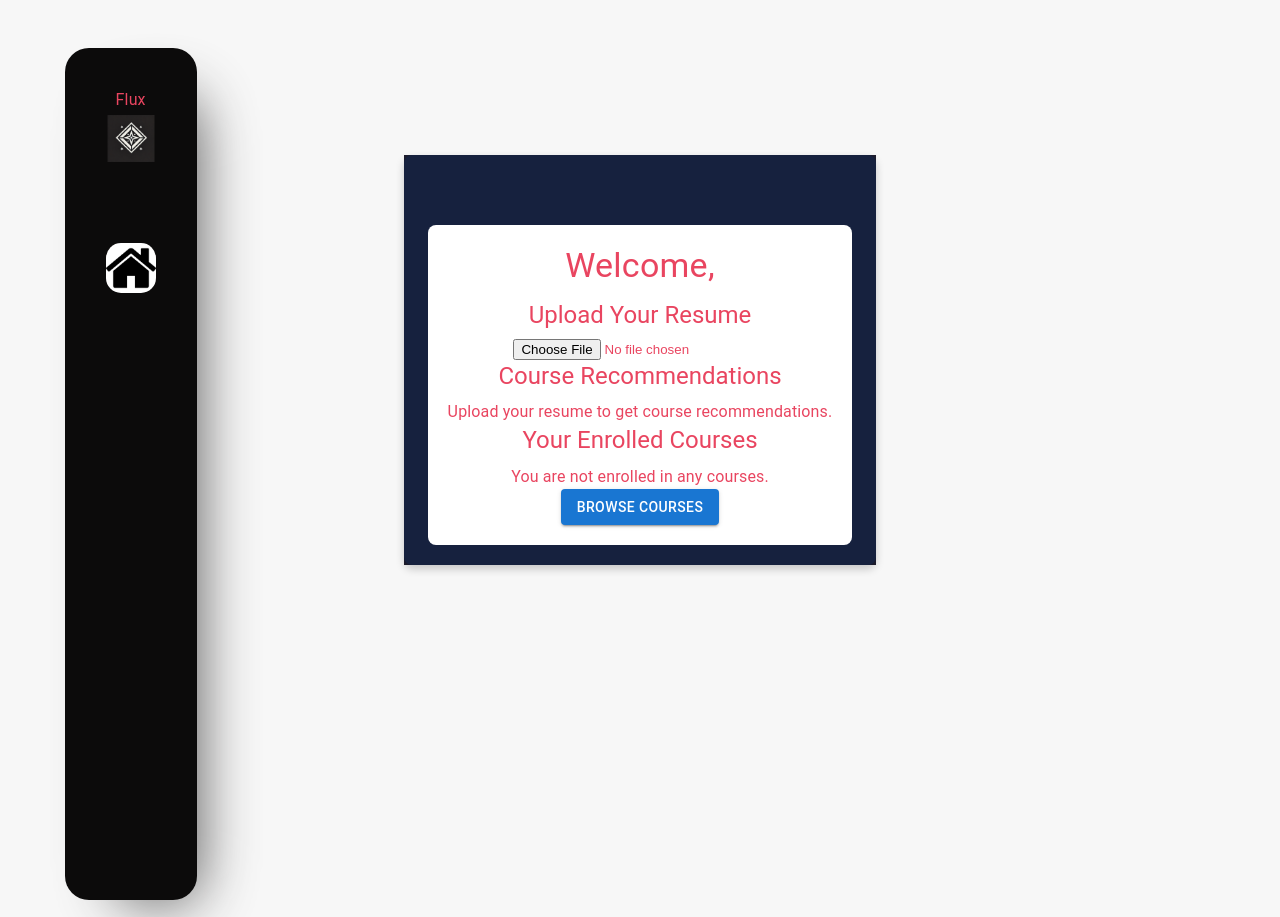
Repository: jvt2/OnlineCourseApp
Page: /dashboard
These files come from the project's save history. The page is drawn as it stood at one moment and after the next save; the edit follows.
The browser window is 1280 px wide. The pictures show the whole page.
The page's requests for data from a server got no answer. The project was rebuilt for these pictures with package versions that can differ from the ones it lists, and the page was loaded fresh each time. No one was signed in, and anything a server would have sent is missing. Also part of the build but not shown: src/features/auth/Register.js, src/features/auth/Login.js, src/features/courses/ResumeUpload.js, src/features/courses/CourseRecommendations.js, src/components/common/MyModal.js, src/features/courses/CourseCatalog.js, src/features/courses/CourseDetail.js, src/components/common/Navbar.js and 3 more. Imported but missing from the stored project, and not drawn on this page: src/app/reportWebVitals.

Above is the page before, as saved 2024-07-14 21:56:51.

### src/index.js
import React from 'react';
import ReactDOM from 'react-dom/client';
import { Provider } from 'react-redux';
import store from './redux/store';
import './index.css';
import App from './app/App';
import reportWebVitals from './app/reportWebVitals';

const root = ReactDOM.createRoot(document.getElementById('root'));
root.render(
  <React.StrictMode>
    <App />
  </React.StrictMode>
);

// If you want to start measuring performance in your app, pass a function
// to log results (for example: reportWebVitals(console.log))
// or send to an analytics endpoint. Learn more: https://bit.ly/CRA-vitals
reportWebVitals();

### src/redux/store.js
// src/redux/store.js

import { configureStore } from '@reduxjs/toolkit';
import userReducer from './userReducer';

const store = configureStore({
  reducer: {
    user: userReducer,
  },
});

export default store;

### src/app/App.js
import { BrowserRouter as Router, Route, Routes } from 'react-router-dom';
import React, { useState } from 'react';
import logo from '../logo.svg';
import './App.css';
import Register from '../features/auth/Register';
import Login from '../features/auth/Login';
import CourseCatalog from '../features/courses/CourseCatalog';
import CourseDetail from '../features/courses/CourseDetail';
import UserDashboard from '../features/dashboard/Dashboard';
import Navbar from '../components/common/Navbar';
import { Provider } from 'react-redux';
import store from '../redux/store'; // import your Redux store here
import Logout from '../features/auth/Logout'; // Import the Logout component
import Chatbot from '../features/chatbot/Chatbot';
import CourseRecommendations from '../features/courses/CourseRecommendations';
import axios from 'axios';
import ResumeUpload from '../features/courses/ResumeUpload';
import LandingPage from '../components/common/LandingPage';

function App() {
  const [loggedIn, setLoggedIn] = useState(false);
  const [users, setUsers] = useState([]);
  const [currentUser, setCurrentUser] = useState(null);
  const [recommendations, setRecommendations] = useState([]);

  const handleResumeUpload = (newRecommendations) => {
    console.log('New Recommendations:', newRecommendations);
    setRecommendations(newRecommendations);
  };

  const [courses, setCourses] = useState([
    {id: 1, name: 'Course 1', description: 'This is course 1'},
    {id: 2, name: 'Course 2', description: 'This is course 2'}
  ]);

  const handleRegister = async (username, password) => {
    try {
      const response = await axios.post('http://localhost:3001/register', { username, password });
      alert(response.data.message);
      // Log in the new user if registration is successful
      handleLogin(username, password);
    } catch (error) {
      alert(error.response.data.message);
    }
  };

  const handleLogin = async (username, password) => {
    try {
      const response = await axios.post('http://localhost:3001/login', { username, password });
      localStorage.setItem('token', response.data.token);
      setLoggedIn(true);
      setCurrentUser({ username });
    } catch (error) {
      alert('Login failed. Please check your username and password.');
    }
  };

  const handleEnroll = async (course) => {
    try {
      const token = localStorage.getItem('token');
      await axios.post('http://localhost:3001/enroll', { courseId: course.id }, {
        headers: { 'Authorization': `Bearer ${token}` }
      });
      setEnrolledCourses([...enrolledCourses, course]);
    } catch (error) {
      console.error('Enrollment failed', error);
    }
  };

  const [enrolledCourses, setEnrolledCourses] = useState([]);
  const [isModalOpen, setIsModalOpen] = useState(false);

  const handleSelectRecommendation = (recommendation) => {
    const newCourse = {
      id: courses.length + 1,
      name: recommendation.text,
      description: 'This is a recommended course based on your resume.'
    };

    setCourses([...courses, newCourse]);
    setEnrolledCourses([...enrolledCourses, newCourse]);
    setIsModalOpen(false);
  };

  return (
    <Provider store={store}>
      <Router>
        <div className="App">
          <Routes>
            <Route path="/" element={<LandingPage />} />
            <Route path="/register" element={<Register />} />
            <Route path="/login" element={<Login />} />
            <Route path="/dashboard" element={<UserDashboard />} /> {/* Added this line */}
          </Routes>
        </div>
      </Router>
    </Provider>
  );
}

export default App;

### src/redux/userReducer.js
// src/redux/userReducer.js
// src/redux/userReducer.js
import { createSlice } from '@reduxjs/toolkit';

const initialState = {
  id: null,
  email: null,
  token: null,
};

const userSlice = createSlice({
  name: 'user',
  initialState,
  reducers: {
    logIn(state, action) {
      state.id = action.payload.id;
      state.email = action.payload.email;
      state.token = action.payload.token;
    },
    logOut(state) {
      state.id = null;
      state.email = null;
      state.token = null;
    },
  },
});

export const { logIn, logOut } = userSlice.actions;
export default userSlice.reducer;

### src/app/App.css
/* App.css */
:root {
  --primary-bg-color: #1E1E2F;
  --secondary-bg-color: #282840;
  --primary-text-color: #F5F5F5;
  --link-color: #61dafb;
  --accent-color: #FF6B6B;
  --navbar-height: 4rem;
  --content-padding: 20px;
  --border-radius: 8px;
  --transition-duration: 0.3s;
  --gradient-bg-color: linear-gradient(120deg, #84fab0 0%, #8fd3f4 100%);
}

.App {
  text-align: center;
  font-family: 'Arial', sans-serif;
  background-color: var(--primary-bg-color);
}

.App-logo {
  height: 40vmin;
  pointer-events: none;
  filter: drop-shadow(0 0 10px var(--accent-color));
}

.App-header {
  background-color: var(--secondary-bg-color);
  min-height: 100vh;
  display: flex;
  flex-direction: column;
  align-items: center;
  justify-content: center;
  font-size: calc(10px + 2vmin);
  color: var(--primary-text-color);
  border-bottom-left-radius: var(--border-radius);
  border-bottom-right-radius: var(--border-radius);
}

.App-link {
  color: var(--link-color);
  transition: color var(--transition-duration);
}

.App-link:hover {
  color: var(--accent-color);
}

@media (prefers-reduced-motion: no-preference) {
  .App-logo {
    animation: App-logo-spin infinite 20s linear;
  }
}

@keyframes App-logo-spin {
  from {
    transform: rotate(0deg);
  }
  to {
    transform: rotate(360deg);
  }
}

.site-navbar {
  display: flex;
  align-items: center;
  background: var(--gradient-bg-color);
  padding: 10px 20px;
  height: var(--navbar-height);
  font-weight: 500;
  box-shadow: 0 4px 6px rgba(0, 0, 0, 0.1);
}

.navbar-nav {
  display: flex;
  align-items: center;
  list-style: none;
  margin: 0;
  padding: 0;
  flex-grow: 1;
  justify-content: center;
}

.nav-item {
  display: flex;
  align-items: center;
  justify-content: center;
  text-decoration: none;
  color: var(--primary-text-color);
  padding: 15px 25px;
  transition: all 0.3s ease-in-out;
  border-radius: var(--border-radius);
  position: relative;
}

.nav-item:before {
  content: '';
  position: absolute;
  top: 0;
  left: 0;
  width: 0;
  height: 100%;
  background: var(--accent-color);
  border-radius: var(--border-radius);
  transition: width 0.3s ease-in-out;
  z-index: -1;
}

.nav-item:hover:before {
  width: 100%;
}

.nav-item:hover {
  color: var(--secondary-bg-color);
  box-shadow: 0 4px 8px rgba(0, 0, 0, 0.2);
  text-decoration: none;
}

.navbar-brand {
  margin-right: auto;
  color: var(--primary-text-color);
  font-size: 1.5em;
  font-weight: bold;
}

.App-content {
  padding: var(--content-padding);
  color: var(--primary-text-color);
}

.App-footer {
  text-align: center;
  padding: var(--content-padding);
  background-color: var(--secondary-bg-color);
  color: var(--primary-text-color);
  box-shadow: 0 -4px 6px rgba(0, 0, 0, 0.1);
}

.course-recommendations {
  width: 80%;
  margin: auto;
  background: #f9f9f9;
  padding: 20px;
  border-radius: 5px;
  box-shadow: 0px 0px 10px rgba(0, 0, 0, 0.1);
}

.course-recommendations h2 {
  text-align: center;
  color: #333;
}

.course-recommendations .course {
  padding: 10px 0;
  border-bottom: 1px solid #eee;
}

.course-recommendations .course:last-child {
  border-bottom: none;
}

.course-recommendations .course button {
  margin-left: 10px;
}

body {
  background-color: #1a1a2e;
  color: #e94560;
}

.MuiContainer-root {
  background-color: #16213e;
  border-radius: 8px;
  padding: 20px;
  box-shadow: 0 4px 8px rgba(0, 0, 0, 0.2);
}

.customTextField .MuiInputBase-input {
  color: #fff;
  background-color: rgba(255, 255, 255, 0.1);
}

.customTextField .MuiInputLabel-root {
  color: rgba(255, 255, 255, 0.7);
}

.customTextField .MuiInputLabel-root.Mui-focused {
  color: #fff;
}

.customTextField .MuiOutlinedInput-root {
  &.Mui-focused .MuiOutlinedInput-notchedOutline {
    border-color: #fff;
  }
  & .MuiOutlinedInput-notchedOutline {
    border-color: rgba(255, 255, 255, 0.5);
  }
}

### src/features/dashboard/Dashboard.js
// src/features/dashboard/Dashboard.js
import React, { useEffect, useState } from 'react';
import axios from 'axios';
import { useSelector } from 'react-redux';
import { Container, Typography, Button, Box, List, ListItem, ListItemText } from '@mui/material';
import { useNavigate } from 'react-router-dom';
import './Dashboard.css'; // Correct import for CSS

function Dashboard() {
  const [enrolledCourses, setEnrolledCourses] = useState([]);
  const [recommendations, setRecommendations] = useState([]);
  const token = useSelector(state => state.user.token);
  const userId = useSelector(state => state.user.id);
  const userEmail = useSelector(state => state.user.email);
  const navigate = useNavigate();

  useEffect(() => {
    const fetchEnrolledCourses = async () => {
      try {
        const response = await axios.get(`http://localhost:3001/user/${userId}/courses`, {
          headers: { Authorization: `Bearer ${token}` }
        });
        setEnrolledCourses(response.data);
      } catch (error) {
        console.error('Error fetching enrolled courses:', error);
      }
    };

    const fetchRecommendations = async () => {
      try {
        const response = await axios.get(`http://localhost:3001/user/${userId}/recommendations`, {
          headers: { Authorization: `Bearer ${token}` }
        });
        setRecommendations(response.data);
      } catch (error) {
        console.error('Error fetching recommendations:', error);
      }
    };

    fetchEnrolledCourses();
    fetchRecommendations();
  }, [userId, token]);

  const handleResumeUpload = async (event) => {
    const formData = new FormData();
    formData.append('resume', event.target.files[0]);

    try {
      const response = await axios.post('http://localhost:3001/uploadResume', formData, {
        headers: {
          'Content-Type': 'multipart/form-data',
          Authorization: `Bearer ${token}`,
        },
      });
      setRecommendations(response.data.recommendations);
    } catch (error) {
      console.error('Error uploading resume:', error);
    }
  };

  return (
    <Container component="main" maxWidth="md">
      <Box className="sidebar">
        <div className="sidebar-blur"></div>
        <div className="sidebar-main">
          <Typography className="sidebar-logo">Flux</Typography>
          <div className="sidebar-icon icon-home"></div>
          <div className="sidebar-icon icon-graduation"></div>
          <div className="sidebar-icon icon-user"></div>
          <div className="sidebar-icon icon-message"></div>
          <div className="sidebar-icon icon-settings"></div>
          <div className="sidebar-icon icon-logout"></div>
        </div>
      </Box>
      <Box className="dashboard-container">
        <Typography className="dashboard-header" variant="h4" gutterBottom>
          Welcome, {userEmail}
        </Typography>
        <Box className="upload-container">
          <Typography variant="h5" gutterBottom>
            Upload Your Resume
          </Typography>
          <input type="file" onChange={handleResumeUpload} accept=".pdf,.doc,.docx,.txt" />
        </Box>
        <Box className="recommendations-container">
          <Typography variant="h5" gutterBottom>
            Course Recommendations
          </Typography>
          {recommendations.length > 0 ? (
            <List>
              {recommendations.map((rec, index) => (
                <ListItem key={index}>
                  <ListItemText primary={rec.title} secondary={rec.description} />
                </ListItem>
              ))}
            </List>
          ) : (
            <Typography variant="body1">Upload your resume to get course recommendations.</Typography>
          )}
        </Box>
        <Box className="enrolled-courses-container">
          <Typography variant="h5" gutterBottom>
            Your Enrolled Courses
          </Typography>
          {enrolledCourses.length > 0 ? (
            <List>
              {enrolledCourses.map(course => (
                <ListItem key={course.id}>
                  <ListItemText primary={course.name} />
                </ListItem>
              ))}
            </List>
          ) : (
            <Typography variant="body1">You are not enrolled in any courses.</Typography>
          )}
        </Box>
        <Box className="button-container">
          <Button variant="contained" color="primary" onClick={() => navigate('/courses')}>
            Browse Courses
          </Button>
        </Box>
      </Box>
    </Container>


  );
}

export default Dashboard;

### src/features/auth/Logout.js
// Logout.js
import { useEffect } from 'react';
import { useDispatch } from 'react-redux';
import { useNavigate } from 'react-router-dom';
import { logOut } from '../../redux/reducers/userslice'; // Import the logOut action

function Logout() {
  const navigate = useNavigate();
  const dispatch = useDispatch();

  useEffect(() => {
    localStorage.removeItem('token'); // Remove the token from local storage
    dispatch(logOut()); // Dispatch the logOut action
    navigate('/login'); // Navigate to the login page
  }, [dispatch, navigate]);

  return null;
}

export default Logout;

### src/components/common/LandingPage.css
body {
    display: flex;
    justify-content: center;
    align-items: center;
    height: 100vh;
    background-color: #f7f7f7;
    margin: 0;
    font-family: 'Roboto', sans-serif;
  }

  .sign-in-container {
    display: flex;
    justify-content: center;
    align-items: center;
    height: 100%;
    width: 100%;
  }

  .sign-in-form {
    background-color: white;
    padding: 60px;
    border-radius: 10px;
    box-shadow: 0 4px 8px rgba(0, 0, 0, 0.1);
    text-align: center;
    max-width: 600px;
    width: 90%;
  }

  .logo {
    width: 200px;
    height: 200px;
    margin-bottom: 30px;
    background-color: white;
    border-radius: 10px;
  }

  h1 {
    margin: 0;
    font-size: 32px;
    font-weight: 700;
  }

  .subtitle {
    margin: 10px 0;
    color: #555;
    font-size: 18px;
  }

  .google-sign-in {
    background-color: #ffffff;
    color: #000;
    border: 1px solid #ccc;
    padding: 15px;
    width: 100%;
    border-radius: 5px;
    margin-bottom: 30px;
    display: flex;
    justify-content: center;
    align-items: center;
    cursor: pointer;
    font-size: 18px;
    font-weight: 500;
    transition: background-color 0.3s;
  }

  .google-sign-in:hover {
    background-color: #f0f0f0;
  }

  .google-logo {
    width: 25px;
    margin-right: 10px;
  }

  .separator {
    display: flex;
    align-items: center;
    text-align: center;
    margin: 30px 0;
    color: #aaa;
    font-size: 18px;
  }

  .separator::before,
  .separator::after {
    content: '';
    flex: 1;
    border-bottom: 1px solid #ccc;
  }

  .separator:not(:empty)::before {
    margin-right: .5em;
  }

  .separator:not(:empty)::after {
    margin-left: .5em;
  }

  .email-input,
  .password-input {
    width: 100%;
    padding: 15px;
    margin-bottom: 30px;
    border: 1px solid #ccc;
    border-radius: 5px;
    font-size: 18px;
    transition: border-color 0.3s;
  }

  .email-input:focus,
  .password-input:focus {
    border-color: #007bff;
    outline: none;
  }

  .continue-button {
    background-color: #9b51e0;
    color: white;
    border: none;
    padding: 15px;
    width: 100%;
    border-radius: 5px;
    font-size: 18px;
    font-weight: 500;
    cursor: pointer;
    transition: background-color 0.3s;
    margin-bottom: 10px; /* Add margin to separate the buttons */
  }

  .continue-button:hover {
    background-color: #7a3bc0;
  }

  .email-error {
    color: red;
    margin-top: 10px;
    font-size: 14px;
  }


  .back-button {
    background-color: #ccc;
    color: white;
    border: none;
    padding: 15px;
    width: 100%;
    border-radius: 5px;
    font-size: 18px;
    font-weight: 500;
    cursor: pointer;
    transition: background-color 0.3s;
    margin-bottom: 10px; /* Add margin to separate the buttons */
  }

  .back-button:hover {
    background-color: #aaa;
  }

  .sign-up-link {
    margin-top: 30px;
    color: #aaa;
    font-size: 18px;
  }

  .sign-up-link a {
    color: #9b51e0;
    text-decoration: none;
  }

  .sign-up-link a:hover {
    text-decoration: underline;
  }

### src/features/dashboard/Dashboard.css
/* Dashboard CSS */

/* General styles for the dashboard */
.dashboard-container {
    background: #FFFFFF;
    padding: 20px;
    border-radius: 8px;
    margin-top: 50px;
    text-align: center;
  }

  /* Sidebar styles */
  .sidebar {
    position: absolute;
    width: 132px;
    height: 853.12px;
    left: 32.34px;
    top: 24.02px;
    display: flex;
    flex-direction: column;
    align-items: center;
    justify-content: space-around; /* Evenly distribute space around the items */
    padding: 20px 0;
  }

  .sidebar-blur {
    position: absolute;
    width: 81.01px;
    height: 804px;
    left: 83.32px;
    top: 73.14px;
    background: #0C0B0B;
    opacity: 0.7;
    filter: blur(30px);
    border-radius: 24px;
  }

  .sidebar-main {
    position: absolute;
    width: 132px;
    height: 852px;
    left: 32.34px;
    top: 24.02px;
    background: #0C0B0B;
    border-radius: 24px;
  }

  .sidebar-logo {
    position: absolute;
    width: 47px;
    height: 102px;
    left: 74.46px;
    top: 39.67px;
    font-family: 'Baloo Bhai';
    font-style: normal;
    font-weight: 400;
    font-size: 64px;
    line-height: 102px;
    background-image: url('/public/assets/sidebar-logo-1.png');
    background-size: contain;
    background-position: center;
    background-repeat: no-repeat;
    position: absolute;
    left: 50%;
    transform: translateX(-50%);
    margin-bottom: 40px; /* Adjust as needed */
  }

  .sidebar-icon {
    position: absolute;
    width: 26px;
    height: 26px;
    left: 85.15px;
    margin-bottom: 30px; /* Adjust as needed */
  }

  .sidebar-icon.icon-home {
    width: 50px;
    height: 50px;
    background-image: url('/public/assets/home-icon-1.png');
    border-radius: 30%;
    position: absolute;
    left: 50%;
    transform: translateX(-50%);
    background-size: contain;
    background-repeat: no-repeat;
    top:22.84%;
  }

  .icon-graduation {
    top: 32.84%;
    background-position: center;
  }

  .icon-user {
    top: 42.46%;
    background-position: center;
  }

  .icon-message {
    top: 52.44%;
    background-position: center;
  }

  .icon-settings {
    top: 62.11%;
  }

  .icon-logout {
    top: 89.95%;
    background-position: center;
  }

  .icon-background {
    background: #FFFFFF;
    background-position: center;
  }

### src/redux/reducers/userslice.js
import { createSlice } from '@reduxjs/toolkit';

const userSlice = createSlice({
  name: 'user',
  initialState: { name: '', loggedIn: false },
  reducers: {
    logIn: (state, action) => {
      state.name = action.payload.name;
      state.loggedIn = true;
    },
    logOut: (state) => {
      state.name = '';
      state.loggedIn = false;
    }
  }
});

export const { logIn, logOut } = userSlice.actions;
export default userSlice.reducer;

Loaded but not shown: public/index.html (common file); src/index.css (common file)

After the next save:
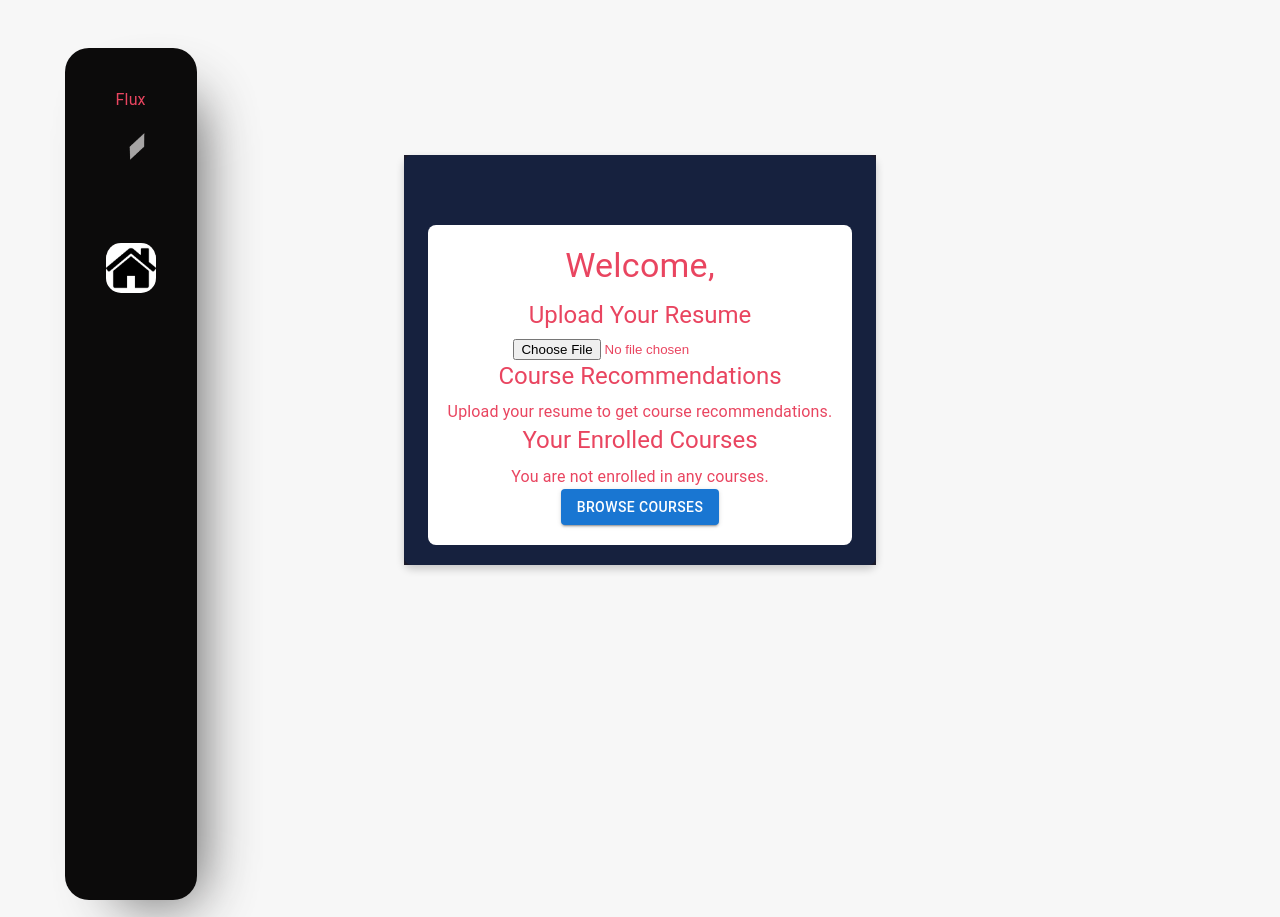
Saved 17 min 31 s later.
--- a/src/features/dashboard/Dashboard.css
+++ b/src/features/dashboard/Dashboard.css
@@ -56,7 +56,7 @@
     font-weight: 400;
     font-size: 64px;
     line-height: 102px;
-    background-image: url('/public/assets/sidebar-logo-1.png');
+    background-image: url('/public/assets/flux_transp.png');
     background-size: contain;
     background-position: center;
     background-repeat: no-repeat;
